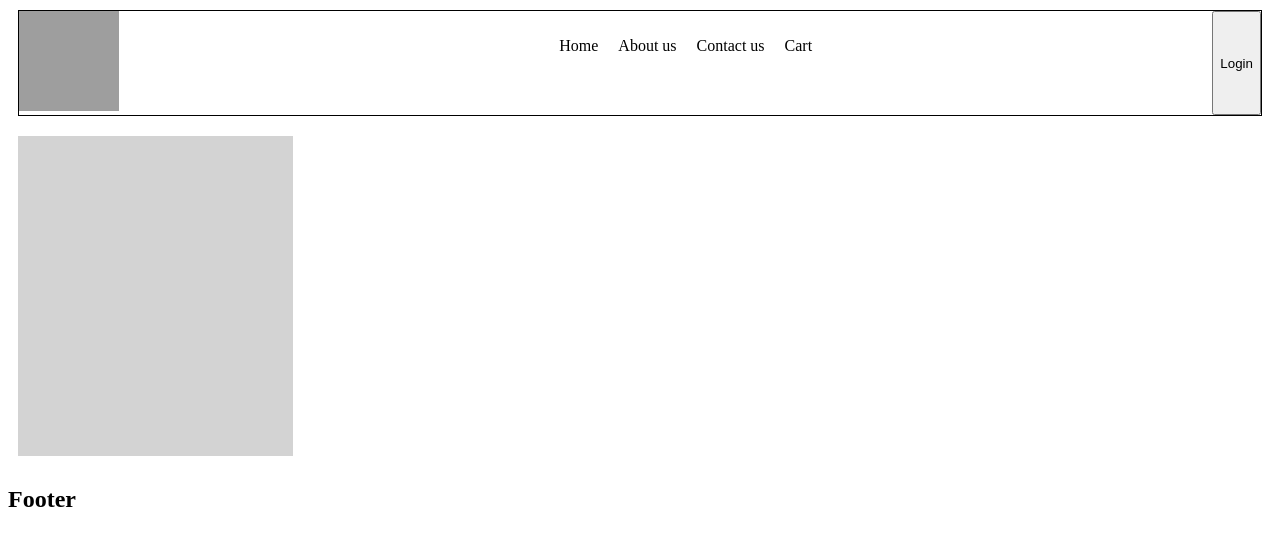
Repository: shivamv97/FOOD-VILLA-APP
Page: /
These files come from the project's save history. The page is drawn as it stood at one moment and after the next save; the edit follows.
The browser window is 1280 px wide. The pictures show the whole page.
Pictures or frames that could not be fetched are drawn as grey boxes. The page's requests for data from a server got no answer. The project was rebuilt for these pictures with package versions that can differ from the ones it lists, and the page was loaded fresh each time. No one was signed in, and anything a server would have sent is missing. Also part of the build but not shown: src/components/RestaurantCards.js.

Above is the page before, as saved 2024-08-02 19:13:58.

### index.html
<!DOCTYPE html>
<html lang="en">
  <head>
    <meta charset="UTF-8" />
    <meta name="viewport" content="width=device-width, initial-scale=1.0" />
    <title>Learning REACT</title>
    <link rel="stylesheet" href="style.css" />
  </head>
  <body>
    <div id="root">Not Rendered</div>
    <!-- <script
      crossorigin
      src="https://unpkg.com/react@18/umd/react.development.js"
    ></script>
    <script
      crossorigin
      src="https://unpkg.com/react-dom@18/umd/react-dom.development.js"
    ></script> -->
    <script type="module" src="src/App.js"></script>
  </body>
</html>

### style.css
.header {
  display: flex;
  justify-content: space-between;
  margin: 10px;
  border: 1px solid black;
}
.nav-items > ul {
  list-style-type: none;
  display: flex;
}

.nav-items > ul > li {
  padding: 10px;
}
.logo {
  width: 100px;
  height: 100px;
}

.card {
  width: 255px;
  border: 1px solid black;
  padding: 10px;
  margin: 10px;
  overflow-wrap: break-word;
}

.card > img {
  width: 100%;
}

.restaurant-list {
  display: flex;
  flex-wrap: wrap;
}

.shimmer-card {
  width: 255px;
  height: 300px;
  background: lightgrey;
  margin: 10px;
  padding: 10px;
}

### src/App.js
import React from "react";
import ReactDOM from "react-dom/client";
import HeaderComponent from "./components/Title";
import Body from "./components/Body";
import Footer from "./components/Footer";

/*
Header
   -logo
   -Nav item(right side)
   -cart
Body
   -Search bar
   -RestrauntList
     -RestrauntCard
     -Image
     -Name
     -Ratings
     -Cusines
Footer
     -Links
     -Copyrigh
*/

const AppLayout = () => {
  return (
    <>
      <HeaderComponent />
      <Body />
      <Footer />
    </>
  );
};

const root = ReactDOM.createRoot(document.getElementById("root"));

root.render(<AppLayout />); //it will override children of div element

### src/components/Title.js
import { useState } from "react";

const LoggedInUser = () => {
  //API used for authentication
  return true;
};

const Title = () => (
  <a href="/ ">
    <img
      className="logo"
      alt="logo"
      src="https://encrypted-tbn0.gstatic.com/images?q=tbn:ANd9GcTJtFXKFKFoihdrJEvX4jBtXqfcO2kJ0KAlIg&s"
    />
  </a>
);

const HeaderComponent = () => {
  const [isLoggedIn, setisLoggedIn] = useState(false);
  return (
    <div className="header">
      <Title />
      <div className="nav-items">
        <ul>
          <li>Home</li>
          <li>About us</li>
          <li>Contact us</li>
          <li>Cart</li>
        </ul>
      </div>
      {isLoggedIn ? (
        <button onClick={() => setisLoggedIn(false)}>Logout</button>
      ) : (
        <button onClick={() => setisLoggedIn(true)}>Login</button>
      )}
    </div>
  );
};

export default HeaderComponent;

### src/components/Body.js
import { restaurantlist } from "../config";
import RestrauntCard from "./RestaurantCards";
import { useState, useEffect } from "react";
import Shimmer from "./shimmer";

function filterdata(searchText, restaurants) {
  return restaurants.filter((restaurant) =>
    restaurant.info.name.toLowerCase().includes(searchText.toLowerCase())
  );
}

const Body = () => {
  // const searchTxt = "KFC"; //for reference...(IN JS)
  const [AllRestaurants, setAllRestaurants] = useState([]);
  const [FilteredRestaurants, setFilteredRestaurants] = useState([]); //restaurantlist
  const [searchText, setsearchText] = useState(""); //To create state variable.......(IN REACT)
  // console.log("render()");

  useEffect(() => {
    //API call
    GetRestaurants();
  }, []);

  async function GetRestaurants() {
    const data = await fetch(
      "https://www.swiggy.com/dapi/restaurants/list/v5?lat=28.7040592&lng=77.10249019999999&collection=83667"
    );
    const json = await data.json();
    console.log(json);
    //you have to make change only in line 32,in cards[i],where i is keep changing in the above api link,try from 0-11
    //it's an config-driven UI,Hence,it's Grid Element position keeps on changing.......
    setAllRestaurants(
      json?.data?.cards[1]?.card?.card?.gridElements?.infoWithStyle?.restaurants
    );
    setFilteredRestaurants(
      json?.data?.cards[1]?.card?.card?.gridElements?.infoWithStyle?.restaurants
    );
  }

  console.log("render");

  //Don't render component(Early Return)
  // if (!AllRestaurants) return null;
  // if (FilteredRestaurants?.length === 0) return <h1>No Restaurants Found!</h1>;

  //Conditional rendering
  return AllRestaurants?.length == 0 ? (
    <Shimmer />
  ) : (
    <>
      <div className="search-box">
        <input
          type="text"
          className="search-input"
          placeholder="Search"
          value={searchText}
          onChange={(e) => {
            setsearchText(e.target.value);
          }}
        />
        <button
          className="search-btn"
          onClick={() => {
            //filter the data according to need
            const data = filterdata(searchText, AllRestaurants);
            setFilteredRestaurants(data);
            //need to update the state-restaurants
          }}
        >
          Search
        </button>
      </div>
      <div className="restaurant-list">
        {
          FilteredRestaurants.map((restaurant) => {
            return (
              <RestrauntCard key={restaurant.info.id} {...restaurant.info} />
            );
          })
          //H.W. => 1.PROPER PLACE FOR NO RESTAURANTS FOUND   2.SEARCH WENT OFF WHEN IT IS SHOWING NO RESTAURANTS FOUND..........
        }
      </div>
    </>
  );
};

export default Body;

### src/components/Footer.js
const Footer = () => {
  return <h2>Footer</h2>;
};

export default Footer;

### src/config.js
//PUT MY all Hard Coded File Here
export const Img_cdn_url =
  "https://media-assets.swiggy.com/swiggy/image/upload/fl_lossy,f_auto,q_auto,w_660/";

//Config Driven UI
export const restaurantlist = [
  //public API of Swiggy
  {
    "@type": "type.googleapis.com/swiggy.presentation.food.v2.Restaurant",
    info: {
      id: "8561",
      name: "Mughlai Junction",
      cloudinaryImageId: "tnl2yuuxi8zjbgru6iqj",
      locality: "Connaught Place",
      areaName: "Connaught Place",
      costForTwo: "₹600 for two",
      cuisines: ["Mughlai", "North Indian", "Tandoor"],
      avgRating: 4.3,
      parentId: "5354",
      avgRatingString: "4.3",
      totalRatingsString: "10K+",
      promoted: true,
      adTrackingId:
        "cid=15007607~p=0~adgrpid=15007607#ag1~mp=SWIGGY_IN~bl=FOOD~aet=RESTAURANT~aeid=8561~eid=321f01bc-98c6-405c-89d6-b18422bb8f70~srvts=1721229990431~collid=83639",
      sla: {
        deliveryTime: 37,
        lastMileTravel: 4.8,
        serviceability: "SERVICEABLE",
        slaString: "35-40 mins",
        lastMileTravelString: "4.8 km",
        iconType: "ICON_TYPE_EMPTY",
      },
      availability: {
        nextCloseTime: "2024-07-17 23:00:00",
        opened: true,
      },
      badges: {},
      isOpen: true,
      type: "F",
      badgesV2: {
        entityBadges: {
          textExtendedBadges: {},
          textBased: {},
          imageBased: {},
        },
      },
      aggregatedDiscountInfoV3: {
        header: "10% OFF",
        subHeader: "UPTO ₹35",
      },
      orderabilityCommunication: {
        title: {},
        subTitle: {},
        message: {},
        customIcon: {},
      },
      differentiatedUi: {
        displayType: "ADS_UI_DISPLAY_TYPE_ENUM_DEFAULT",
        differentiatedUiMediaDetails: {
          mediaType: "ADS_MEDIA_ENUM_IMAGE",
          lottie: {},
          video: {},
        },
      },
      reviewsSummary: {},
      displayType: "RESTAURANT_DISPLAY_TYPE_DEFAULT",
      restaurantOfferPresentationInfo: {},
      externalRatings: {
        aggregatedRating: {
          rating: "4.4",
          ratingCount: "1K+",
        },
        source: "GOOGLE",
        sourceIconImageId: "v1704440323/google_ratings/rating_google_tag",
      },
      ratingsDisplayPreference: "RATINGS_DISPLAY_PREFERENCE_SHOW_SWIGGY",
    },
    analytics: {},
    cta: {
      link: "swiggy://menu?restaurant_id=8561&source=collection&query=Biryani",
      text: "RESTAURANT_MENU",
      type: "DEEPLINK",
    },
    widgetId: "collectionV5RestaurantListWidget_SimRestoRelevance_food",
  },

  {
    "@type": "type.googleapis.com/swiggy.presentation.food.v2.Restaurant",
    info: {
      id: "817359",
      name: "Zahra Restaurant & Cafe",
      cloudinaryImageId: "asaqtuuszx7hzmxpnfpo",
      locality: "Old Delhi",
      areaName: "Old Delhi",
      costForTwo: "₹300 for two",
      cuisines: ["Indian", "Tandoor", "Kebabs", "Snacks", "Biryani"],
      avgRating: 4.3,
      parentId: "229129",
      avgRatingString: "4.3",
      totalRatingsString: "100+",
      sla: {
        deliveryTime: 29,
        lastMileTravel: 1.3,
        serviceability: "SERVICEABLE",
        slaString: "25-30 mins",
        lastMileTravelString: "1.3 km",
        iconType: "ICON_TYPE_EMPTY",
      },
      availability: {
        nextCloseTime: "2024-07-17 22:59:00",
        opened: true,
      },
      badges: {},
      isOpen: true,
      type: "F",
      badgesV2: {
        entityBadges: {
          textExtendedBadges: {},
          textBased: {},
          imageBased: {},
        },
      },
      aggregatedDiscountInfoV3: {
        header: "50% OFF",
        subHeader: "UPTO ₹100",
      },
      orderabilityCommunication: {
        title: {},
        subTitle: {},
        message: {},
        customIcon: {},
      },
      differentiatedUi: {
        displayType: "ADS_UI_DISPLAY_TYPE_ENUM_DEFAULT",
        differentiatedUiMediaDetails: {
          mediaType: "ADS_MEDIA_ENUM_IMAGE",
          lottie: {},
          video: {},
        },
      },
      reviewsSummary: {},
      displayType: "RESTAURANT_DISPLAY_TYPE_DEFAULT",
      restaurantOfferPresentationInfo: {},
      externalRatings: {
        aggregatedRating: {
          rating: "--",
        },
      },
      ratingsDisplayPreference: "RATINGS_DISPLAY_PREFERENCE_SHOW_SWIGGY",
    },
    analytics: {},
    cta: {
      link: "swiggy://menu?restaurant_id=817359&source=collection&query=Biryani",
      text: "RESTAURANT_MENU",
      type: "DEEPLINK",
    },
    widgetId: "collectionV5RestaurantListWidget_SimRestoRelevance_food",
  },

  {
    "@type": "type.googleapis.com/swiggy.presentation.food.v2.Restaurant",
    info: {
      id: "81523",
      name: "Amma Mess",
      cloudinaryImageId: "a09jpzja1zusso85bbmz",
      locality: "Karol Bagh",
      areaName: "Karol Bagh",
      costForTwo: "₹300 for two",
      cuisines: ["South Indian"],
      avgRating: 4.5,
      parentId: "15687",
      avgRatingString: "4.5",
      totalRatingsString: "10K+",
      promoted: true,
      adTrackingId:
        "cid=15010070~p=1~adgrpid=15010070#ag1~mp=SWIGGY_IN~bl=FOOD~aet=RESTAURANT~aeid=81523~eid=b2807d99-426d-4265-8bac-9448c8101a5f~srvts=1721229990431~collid=83639",
      sla: {
        deliveryTime: 37,
        lastMileTravel: 6.3,
        serviceability: "SERVICEABLE",
        slaString: "35-40 mins",
        lastMileTravelString: "6.3 km",
        iconType: "ICON_TYPE_EMPTY",
      },
      availability: {
        nextCloseTime: "2024-07-17 22:30:00",
        opened: true,
      },
      badges: {},
      isOpen: true,
      aggregatedDiscountInfoV2: {},
      type: "F",
      badgesV2: {
        entityBadges: {
          textBased: {},
          imageBased: {},
          textExtendedBadges: {},
        },
      },
      orderabilityCommunication: {
        title: {},
        subTitle: {},
        message: {},
        customIcon: {},
      },
      differentiatedUi: {
        displayType: "ADS_UI_DISPLAY_TYPE_ENUM_DEFAULT",
        differentiatedUiMediaDetails: {
          mediaType: "ADS_MEDIA_ENUM_IMAGE",
          lottie: {},
          video: {},
        },
      },
      reviewsSummary: {},
      displayType: "RESTAURANT_DISPLAY_TYPE_DEFAULT",
      restaurantOfferPresentationInfo: {},
      externalRatings: {
        aggregatedRating: {
          rating: "4.2",
          ratingCount: "1K+",
        },
        source: "GOOGLE",
        sourceIconImageId: "v1704440323/google_ratings/rating_google_tag",
      },
      ratingsDisplayPreference: "RATINGS_DISPLAY_PREFERENCE_SHOW_SWIGGY",
    },
    analytics: {},
    cta: {
      link: "swiggy://menu?restaurant_id=81523&source=collection&query=Biryani",
      text: "RESTAURANT_MENU",
      type: "DEEPLINK",
    },
    widgetId: "collectionV5RestaurantListWidget_SimRestoRelevance_food",
  },

  {
    "@type": "type.googleapis.com/swiggy.presentation.food.v2.Restaurant",
    info: {
      id: "144716",
      name: "Mughlai Invitation",
      cloudinaryImageId: "a4530760ed2ff35b487605618cc6dc45",
      areaName: "Chandni Chowk",
      costForTwo: "₹200 for two",
      cuisines: ["Indian", "Mughlai", "Biryani", "Sweets"],
      avgRating: 4.6,
      parentId: "141076",
      avgRatingString: "4.6",
      totalRatingsString: "100+",
      sla: {
        deliveryTime: 30,
        lastMileTravel: 1.5,
        serviceability: "SERVICEABLE",
        slaString: "30-35 mins",
        lastMileTravelString: "1.5 km",
        iconType: "ICON_TYPE_EMPTY",
      },
      availability: {
        nextCloseTime: "2024-07-17 22:59:00",
        opened: true,
      },
      badges: {},
      isOpen: true,
      aggregatedDiscountInfoV2: {},
      type: "F",
      badgesV2: {
        entityBadges: {
          textExtendedBadges: {},
          textBased: {},
          imageBased: {},
        },
      },
      orderabilityCommunication: {
        title: {},
        subTitle: {},
        message: {},
        customIcon: {},
      },
      differentiatedUi: {
        displayType: "ADS_UI_DISPLAY_TYPE_ENUM_DEFAULT",
        differentiatedUiMediaDetails: {
          mediaType: "ADS_MEDIA_ENUM_IMAGE",
          lottie: {},
          video: {},
        },
      },
      reviewsSummary: {},
      displayType: "RESTAURANT_DISPLAY_TYPE_DEFAULT",
      restaurantOfferPresentationInfo: {},
      externalRatings: {
        aggregatedRating: {
          rating: "4.8",
          ratingCount: "100+",
        },
        source: "GOOGLE",
        sourceIconImageId: "v1704440323/google_ratings/rating_google_tag",
      },
      ratingsDisplayPreference: "RATINGS_DISPLAY_PREFERENCE_SHOW_SWIGGY",
    },
    analytics: {},
    cta: {
      link: "swiggy://menu?restaurant_id=144716&source=collection&query=Biryani",
      text: "RESTAURANT_MENU",
      type: "DEEPLINK",
    },
    widgetId: "collectionV5RestaurantListWidget_SimRestoRelevance_food",
  },

  {
    "@type": "type.googleapis.com/swiggy.presentation.food.v2.Restaurant",
    info: {
      id: "64321",
      name: "Southern Masala",
      cloudinaryImageId: "14527e27a298304dd07904f777372cb5",
      locality: "Karol Bagh",
      areaName: "Karol Bagh",
      costForTwo: "₹350 for two",
      cuisines: ["Andhra", "Biryani", "South Indian", "Thalis"],
      avgRating: 3.9,
      parentId: "17286",
      avgRatingString: "3.9",
      totalRatingsString: "1K+",
      promoted: true,
      adTrackingId:
        "cid=15472783~p=2~adgrpid=15472783#ag1~mp=SWIGGY_IN~bl=FOOD~aet=RESTAURANT~aeid=64321~eid=785e1ed6-7474-46a2-ba9f-4a9325d5fabc~srvts=1721229990431~collid=83639",
      sla: {
        deliveryTime: 38,
        lastMileTravel: 5,
        serviceability: "SERVICEABLE",
        slaString: "35-40 mins",
        lastMileTravelString: "5.0 km",
        iconType: "ICON_TYPE_EMPTY",
      },
      availability: {
        nextCloseTime: "2024-07-17 22:00:00",
        opened: true,
      },
      badges: {},
      isOpen: true,
      type: "F",
      badgesV2: {
        entityBadges: {
          textBased: {},
          imageBased: {},
          textExtendedBadges: {},
        },
      },
      aggregatedDiscountInfoV3: {
        header: "₹125 OFF",
        subHeader: "ABOVE ₹199",
        discountTag: "FLAT DEAL",
      },
      orderabilityCommunication: {
        title: {},
        subTitle: {},
        message: {},
        customIcon: {},
      },
      differentiatedUi: {
        displayType: "ADS_UI_DISPLAY_TYPE_ENUM_DEFAULT",
        differentiatedUiMediaDetails: {
          mediaType: "ADS_MEDIA_ENUM_IMAGE",
          lottie: {},
          video: {},
        },
      },
      reviewsSummary: {},
      displayType: "RESTAURANT_DISPLAY_TYPE_DEFAULT",
      restaurantOfferPresentationInfo: {},
      externalRatings: {
        aggregatedRating: {
          rating: "4.1",
          ratingCount: "100+",
        },
        source: "GOOGLE",
        sourceIconImageId: "v1704440323/google_ratings/rating_google_tag",
      },
      ratingsDisplayPreference: "RATINGS_DISPLAY_PREFERENCE_SHOW_SWIGGY",
    },
    analytics: {},
    cta: {
      link: "swiggy://menu?restaurant_id=64321&source=collection&query=Biryani",
      text: "RESTAURANT_MENU",
      type: "DEEPLINK",
    },
    widgetId: "collectionV5RestaurantListWidget_SimRestoRelevance_food",
  },
];

### src/components/shimmer.js
const Shimmer = () => {
  return (
    <div className="restaurant-list">
      <div className="shimmer-card"></div>
    </div>
  );
};

export default Shimmer;

After the next save:
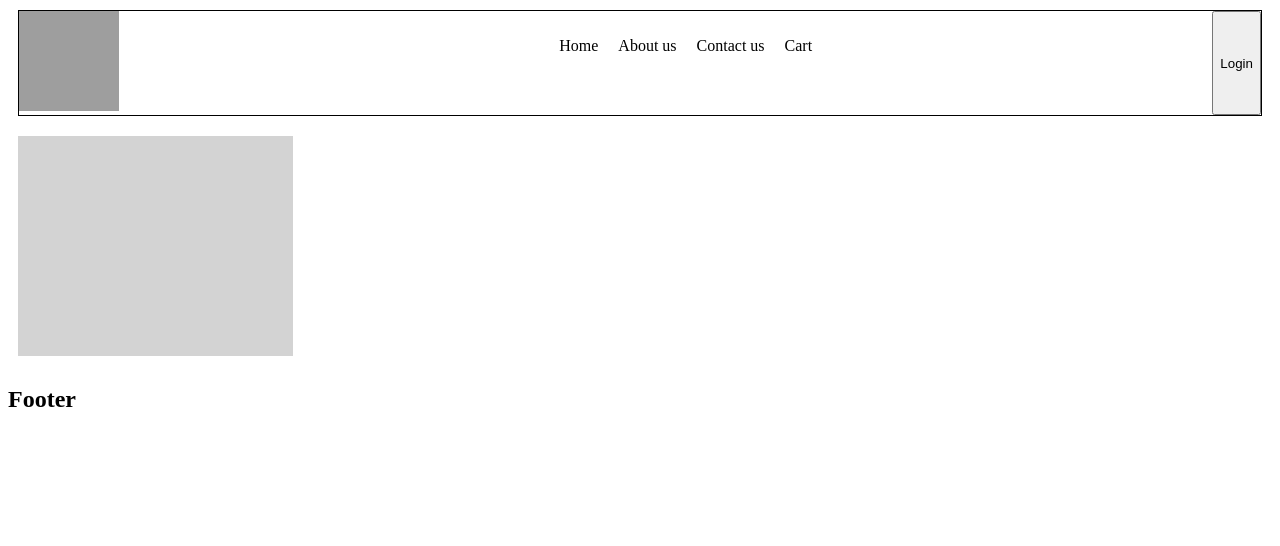
Saved 80 s later.
--- a/style.css
+++ b/style.css
@@ -36,7 +36,7 @@
 
 .shimmer-card {
   width: 255px;
-  height: 300px;
+  height: 200px;
   background: lightgrey;
   margin: 10px;
   padding: 10px;
